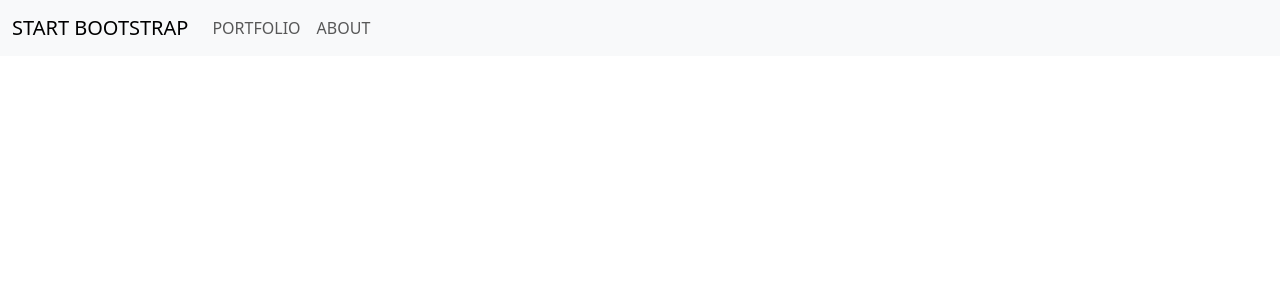
Repository: 7JaxeN7/WT-1255P-Mehmet_BEZC-
Page: index.html
An editor plug-in stored every save of this project. The page is shown before and after the next save, followed by the edit.
The browser window is 1280 px wide. The pictures show the whole page.

Above is the page before, as saved 2025-01-06 18:09:32.

### index.html
<!DOCTYPE html>
<html lang="tr">

<head>
    <meta charset="UTF-8">
    <meta name="viewport" content="width=device-width, initial-scale=1.0">
    <link href="https://cdn.jsdelivr.net/npm/bootstrap@5.3.3/dist/css/bootstrap.min.css" rel="stylesheet"
        integrity="sha384-QWTKZyjpPEjISv5WaRU9OFeRpok6YctnYmDr5pNlyT2bRjXh0JMhjY6hW+ALEwIH" crossorigin="anonymous">
    <title>Start Bootstrap</title>
</head>

<body>
    <header>
        <nav class="navbar navbar-expand-lg bg-body-tertiary">
            <div class="container-fluid">
              <a class="navbar-brand" href="#">START BOOTSTRAP</a>
              <button class="navbar-toggler" type="button" data-bs-toggle="collapse" data-bs-target="#navbarNav" aria-controls="navbarNav" aria-expanded="false" aria-label="Toggle navigation">
                <span class="navbar-toggler-icon"></span>
              </button>
              <div class="collapse navbar-collapse" id="navbarNav">
                <ul class="navbar-nav">
                  <li class="nav-item">
                    <a class="nav-link" href="#">PORTFOLIO</a>
                  </li>
                  <li class="nav-item">
                    <a class="nav-link" href="#">ABOUT</a>
                  </li>
                </ul>
              </div>
            </div>
          </nav>
    </header>
    <!-- Burası bootstrap script kısmı -->
    <script src="https://cdn.jsdelivr.net/npm/bootstrap@5.3.3/dist/js/bootstrap.bundle.min.js"
        integrity="sha384-YvpcrYf0tY3lHB60NNkmXc5s9fDVZLESaAA55NDzOxhy9GkcIdslK1eN7N6jIeHz"
        crossorigin="anonymous"></script>
</body>

</html>

After the next save:
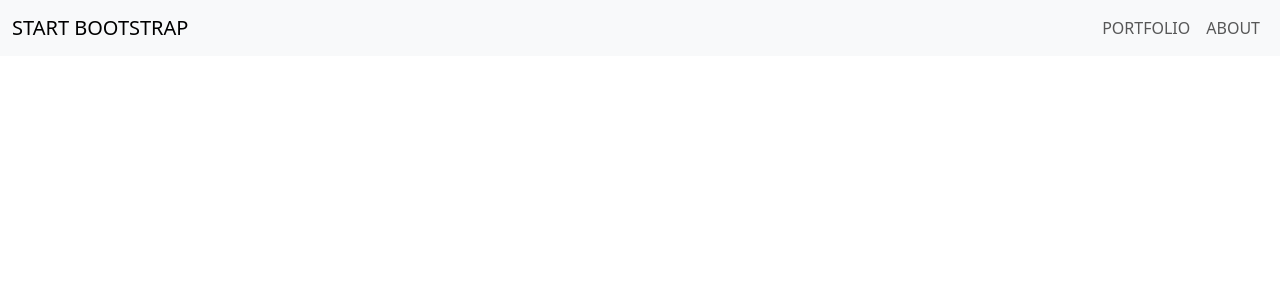
Saved 66 s later.
--- a/index.html
+++ b/index.html
@@ -18,7 +18,7 @@
                 <span class="navbar-toggler-icon"></span>
               </button>
               <div class="collapse navbar-collapse" id="navbarNav">
-                <ul class="navbar-nav">
+                <ul class="navbar-nav ms-auto">
                   <li class="nav-item">
                     <a class="nav-link" href="#">PORTFOLIO</a>
                   </li>
